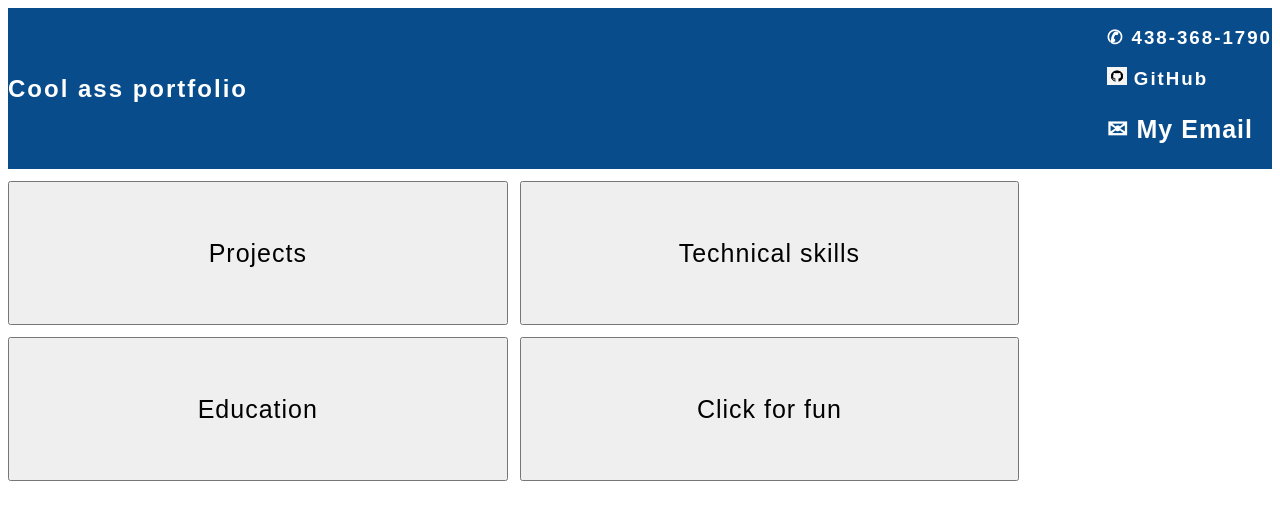
Repository: zackaroo20/zackaroo20
Page: index.html
The author's editor kept a copy of each file at every save. The page is drawn from the files as they stood at one save, then again after the next save.
The browser window is 1280 px wide. The pictures show the whole page.

Above is the page before, as saved 2026-05-13 10:53:49.

After the next save:
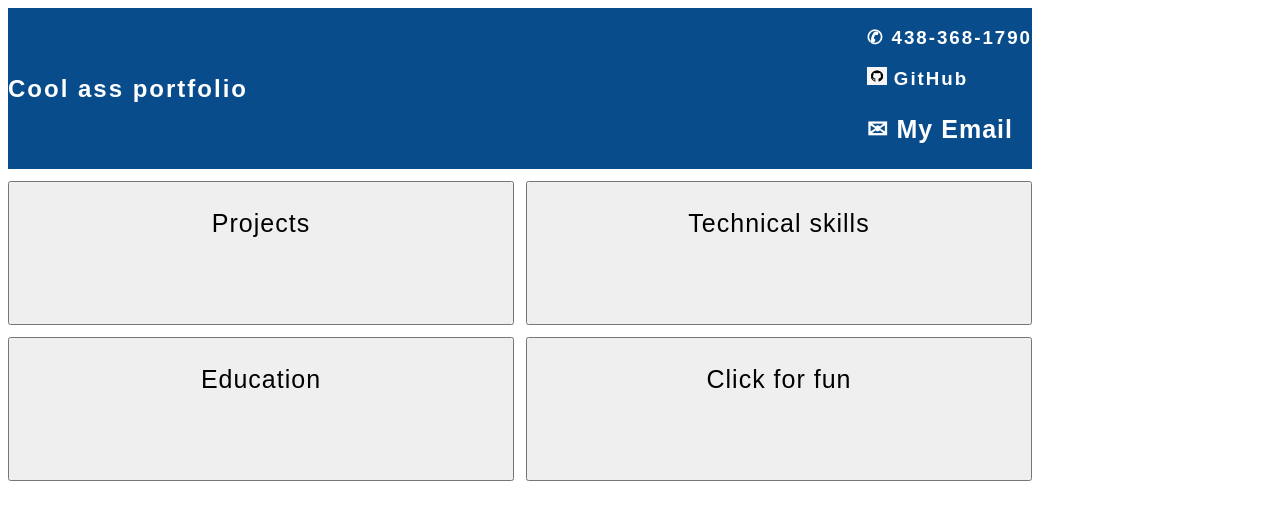
Saved 2 min 2 s later.
--- a/styles/index.css
+++ b/styles/index.css
@@ -3,8 +3,9 @@
   margin: 1cm;
 }
 @media screen and (min-width: 700px) {
-  section,
+  body,
   head {
+
     /* custom styles */
 
     max-width: 80%;
@@ -34,9 +35,11 @@ p {
 }
 
 section {
+
   display: grid;
   grid-template-columns: repeat(2, 1fr);
   gap: 12px;
+
 }
 img {
   background-color: transparent;
@@ -44,11 +47,15 @@ img {
   width: 20px;
   height: 18px;
 }
+
 h3 a {
   text-decoration: none;
   color: inherit;
 }
 button {
+
+    display: flex;
+    justify-content: space-evenly;
   height: 20vh;
   width: 100%;
 }
